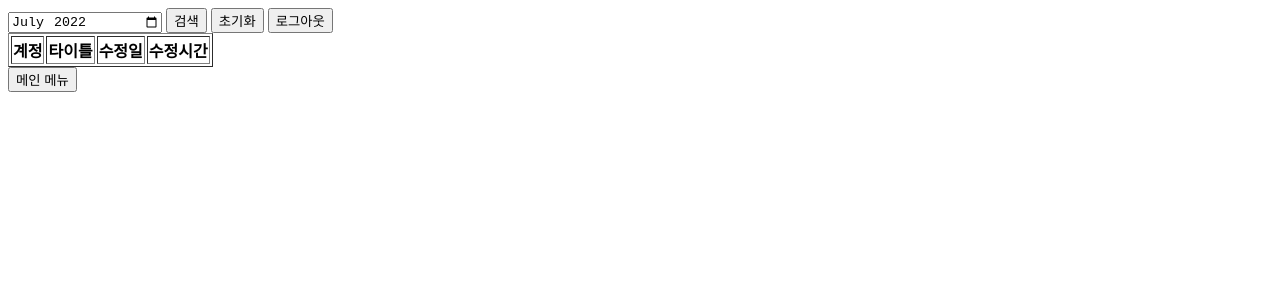
Repository: Rysdne/01_Java
Page: http://localhost/WildcatTest/list/listAll.jsp
These files come from the project's save history. The page is drawn as it stood at one moment and after the next save; the edit follows.
The browser window is 1280 px wide. The pictures show the whole page.
The page is served by Tomcat 9. Queries for data that is not in the repository find no rows.

Above is the page before, as saved 2022-07-14 08:23:45.

After the next save:
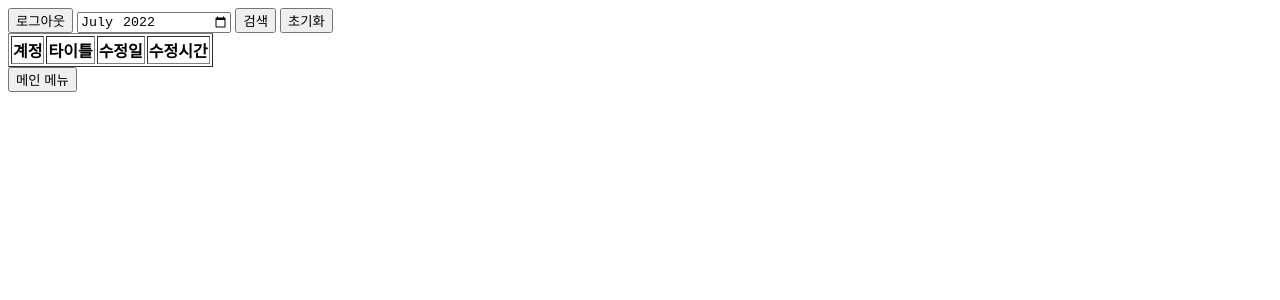
Saved 12 s later.
--- a/WildcatTest/src/main/webapp/list/listAll.jsp
+++ b/WildcatTest/src/main/webapp/list/listAll.jsp
@@ -81,10 +81,11 @@
 	pstmt.setString(1, (String)session.getAttribute("id"));
 	ResultSet rs = pstmt.executeQuery();
 	%>
+		<button onclick='location.href="/WildcatTest/login/logout.jsp"'>로그아웃</button>
 		<input type="month" id="month" name="month"> <input
 			type="button" id="listMonth" value="검색">
 		<button onclick="location.href='listAll.jsp'">초기화</button>
-		<button onclick='location.href="/WildcatTest/login/logout.jsp"'>로그아웃</button>
+
 	</div>
 	<table border="1">
 		<tr class="idxHidden">

After the save that followed:
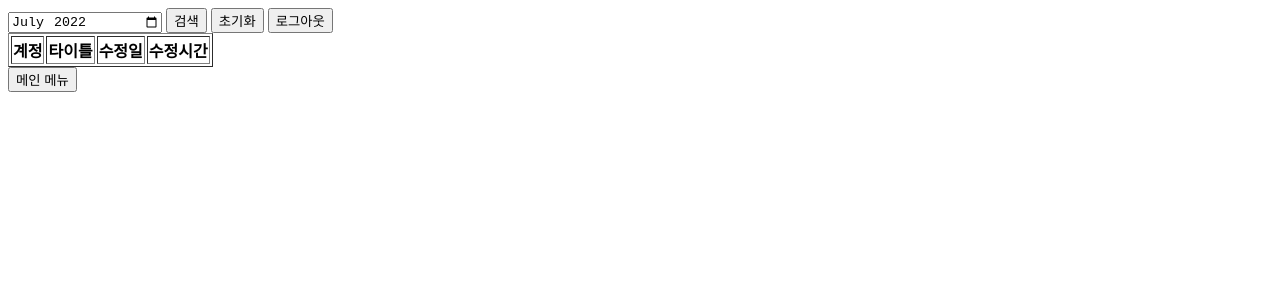
Saved 7 s later.
--- a/WildcatTest/src/main/webapp/list/listAll.jsp
+++ b/WildcatTest/src/main/webapp/list/listAll.jsp
@@ -81,10 +81,10 @@
 	pstmt.setString(1, (String)session.getAttribute("id"));
 	ResultSet rs = pstmt.executeQuery();
 	%>
-		<button onclick='location.href="/WildcatTest/login/logout.jsp"'>로그아웃</button>
 		<input type="month" id="month" name="month"> <input
 			type="button" id="listMonth" value="검색">
 		<button onclick="location.href='listAll.jsp'">초기화</button>
+		<button onclick='location.href="/WildcatTest/login/logout.jsp"'>로그아웃</button>
 
 	</div>
 	<table border="1">
